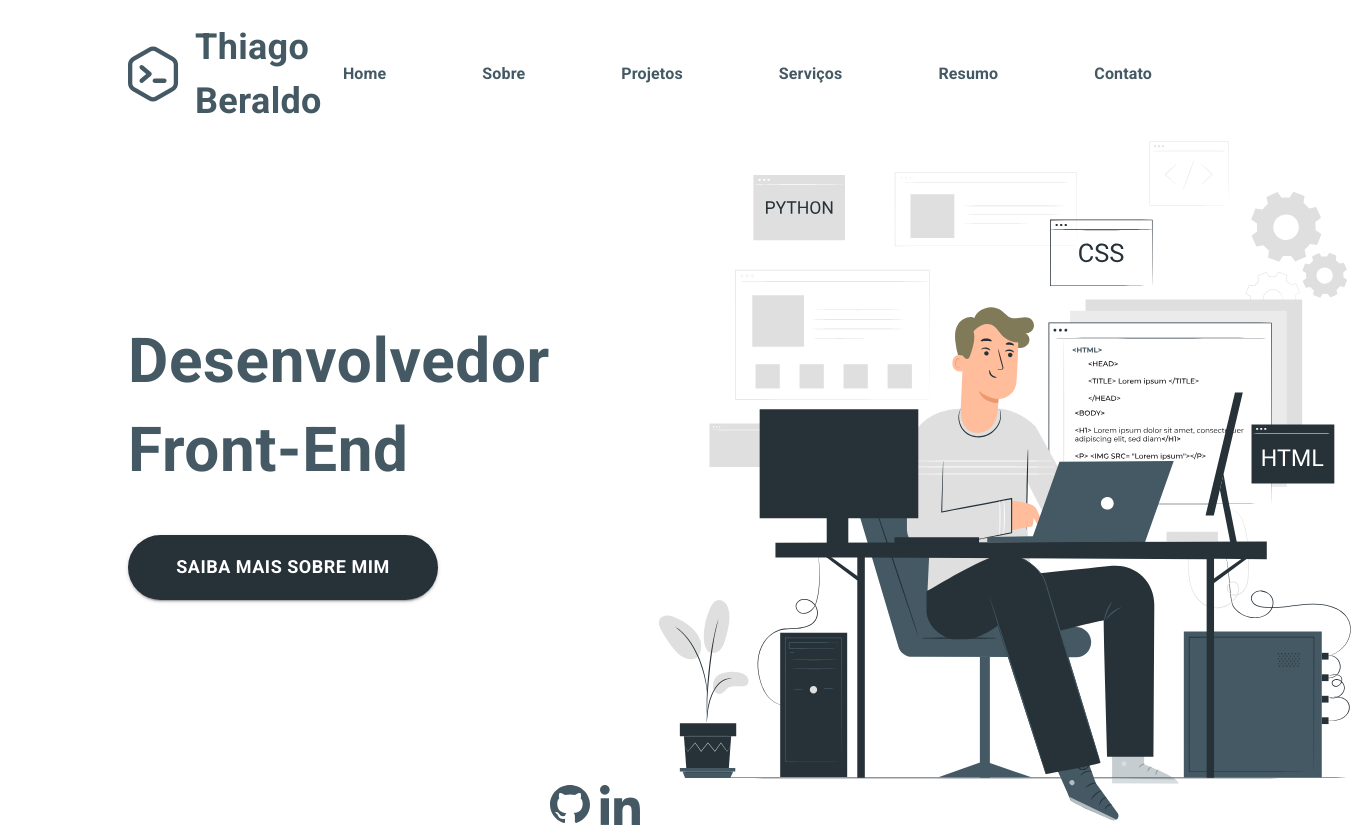
Repository: lenx0/myportfolio
Page: /
These files come from the project's save history. The page is drawn as it stood at one moment and after the next save; the edit follows.
The browser window is 1280 px wide. The page is 1361 px wide, then 1280 px, then 1361 px, so the pictures cover 1361 px, including what lies to the right of the window. The pictures show the whole page.
The project was rebuilt for these pictures with package versions that can differ from the ones it lists, and the page was loaded fresh each time. Also part of the build but not shown: vite.config.js.

Above is the page before, as saved 2024-06-07 10:57:45.

After the next save:
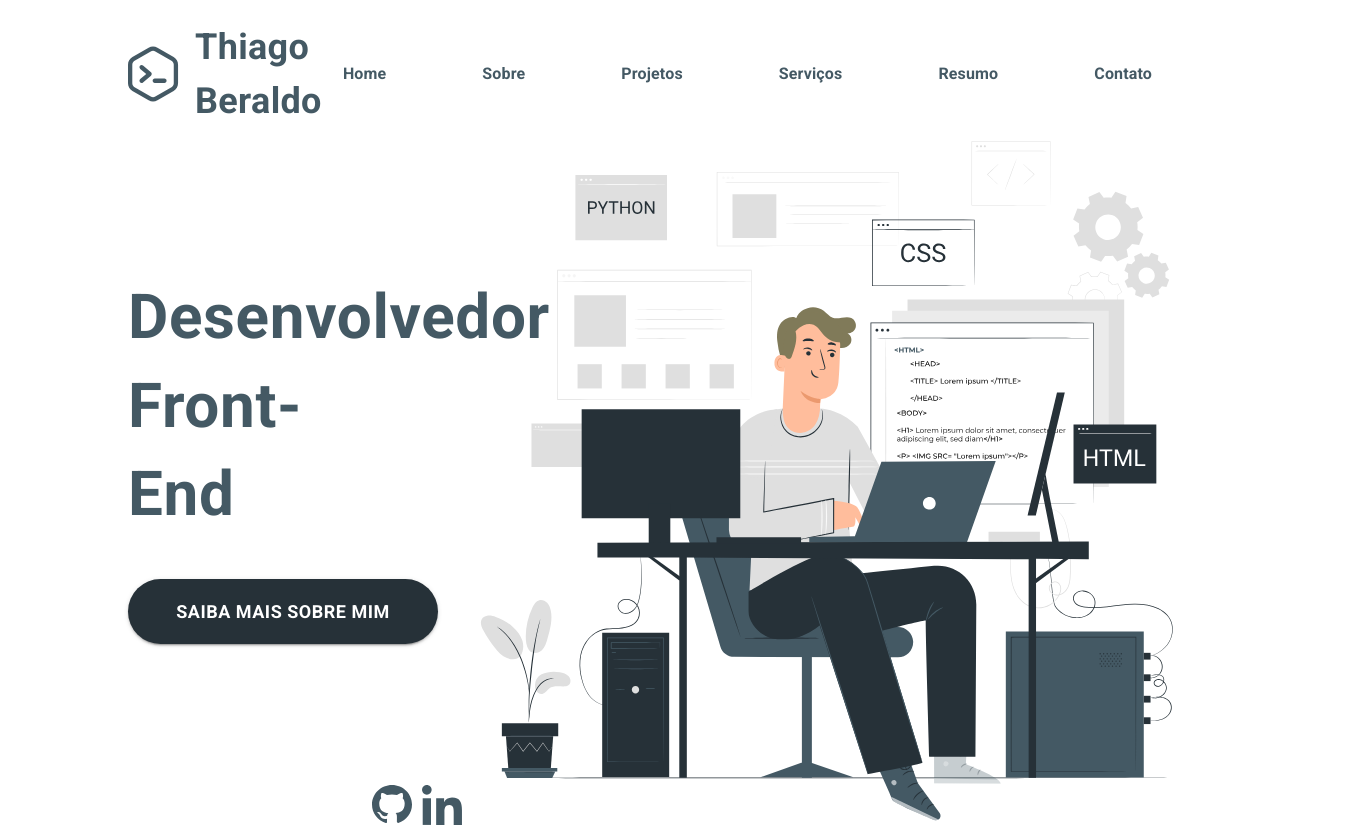
Saved 8 s later.
--- a/src/components/Home/index.jsx
+++ b/src/components/Home/index.jsx
@@ -12,7 +12,7 @@
       spacing={2}
       wrap="nowrap"
     >
-      <Grid item xs={12} lg={12} md={6}>
+      <Grid item xs={12} lg={12} md={3}>
         <Typography
           variant="body2"
           sx={{

After the 2 saves that followed:
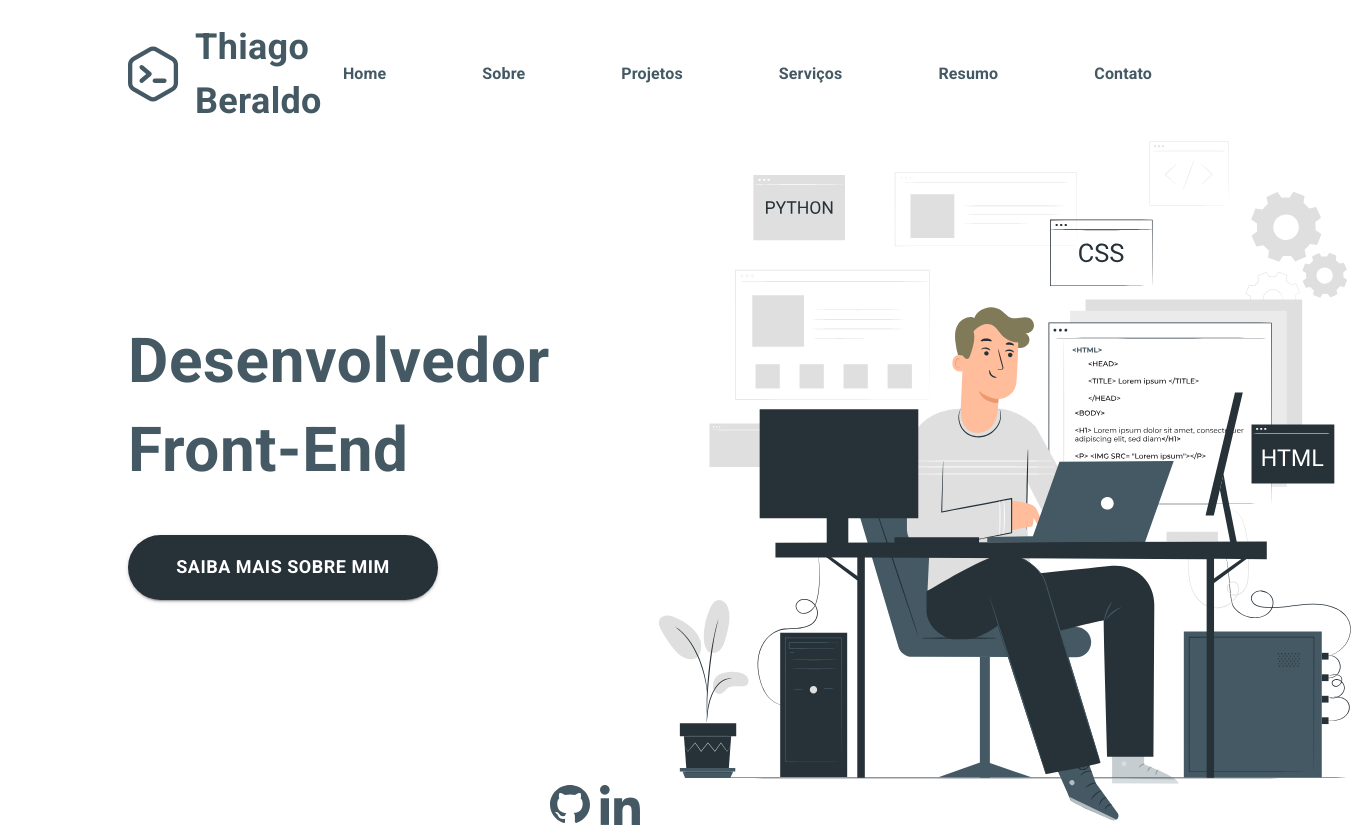
The 2 saves are shown as one change because 1 left the picture as it was.
The last was saved 37 s later.
--- a/src/components/Styles/theme.js
+++ b/src/components/Styles/theme.js
@@ -5,7 +5,7 @@
       values: {
         xs: 0,
         sm: 600,
-        md: 1100,
+        md: 1300,
         lg: 1400,
         xl: 1536
       },
--- a/src/components/Home/index.jsx
+++ b/src/components/Home/index.jsx
@@ -12,7 +12,7 @@
       spacing={2}
       wrap="nowrap"
     >
-      <Grid item xs={12} lg={12} md={3}>
+      <Grid item xs={12} lg={6} md={3}>
         <Typography
           variant="body2"
           sx={{
